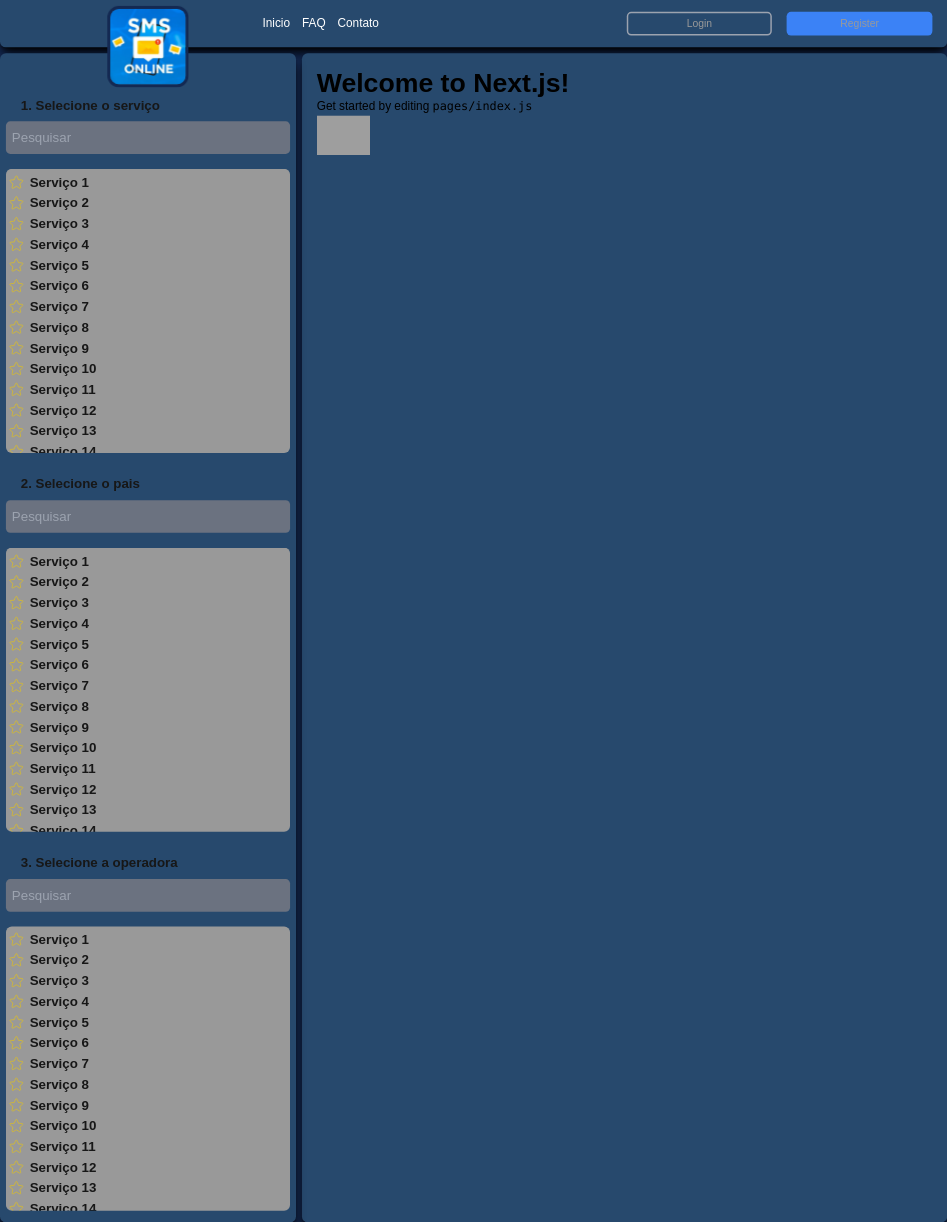
Repository: Felipe-Henrique-Dev/-DIOGO-SMS
Page: /
These files come from the project's save history. The page is drawn as it stood at one moment and after the next save; the edit follows.
The browser window is 1280 px wide. The pictures show the whole page, at 74% of full size.
Pictures or frames that could not be fetched are drawn as grey boxes. The project was rebuilt for these pictures with package versions that can differ from the ones it lists, and the page was loaded fresh each time. The framework's server and built-in components were replaced by stand-ins that run in the browser. Also part of the build but not shown: next.config.ts.

Above is the page before, as saved 2024-12-16 22:36:06.

After the next save:
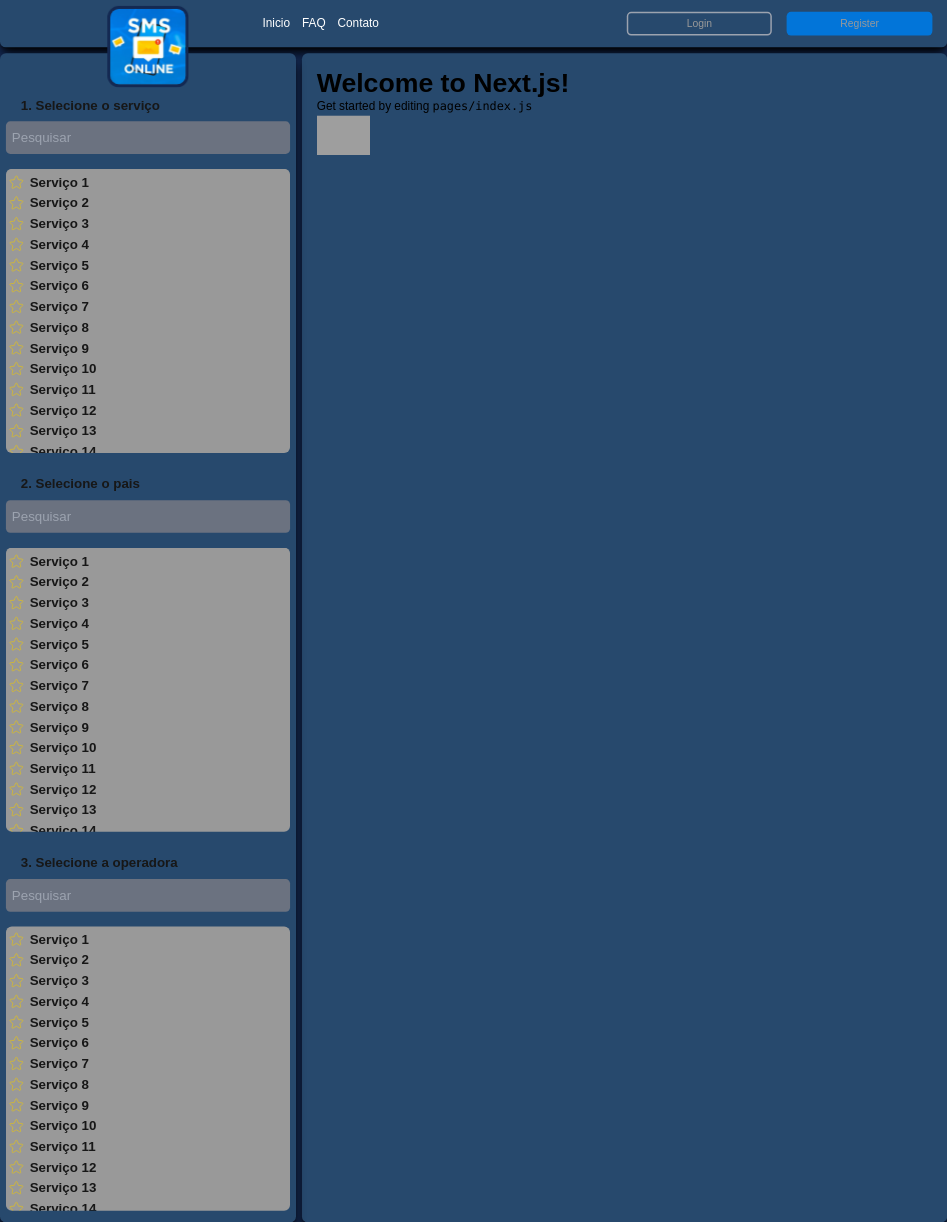
Saved 6 s later.
--- a/src/components/main/Button.tsx
+++ b/src/components/main/Button.tsx
@@ -27,7 +27,7 @@ export const Button = ({
     };
 
     const bgColors = {
-        primary: "bg-blue-500 text-white",
+        primary: "bg-secondary text-white",
         secondary: "bg-gray-500 text-white",
         danger: "bg-red-500 text-white",
         none: "bg-transparent text-black border-gray-400 border-2 "
